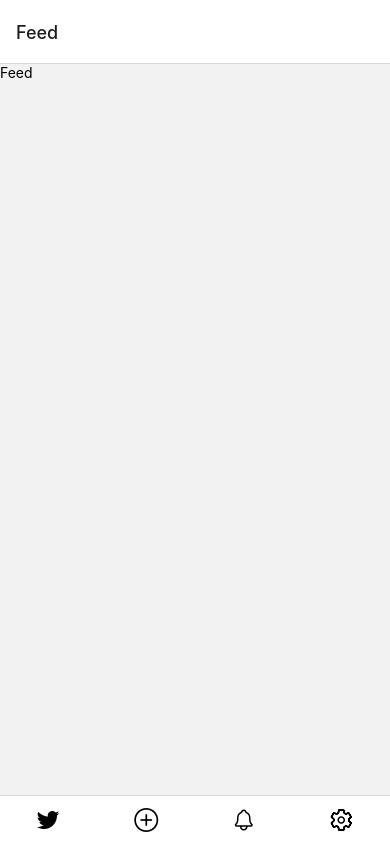
Repository: Deyvid-Kasteh/ReactNativeNavigationTraining
Screen: /
These files come from the project's save history. The screen is drawn as it stood at one moment and after the next save; the edit follows.
The app was drawn by React Native's web renderer in a window 390 px wide. The project was rebuilt for these pictures with package versions that can differ from the ones it lists, and the page was loaded fresh each time. Also part of the build but not shown: screens/Notifications.js, screens/AddTweet.js, screens/Settings.js.

Above is the screen before, as saved 2023-08-02 03:50:14.

After the next save:
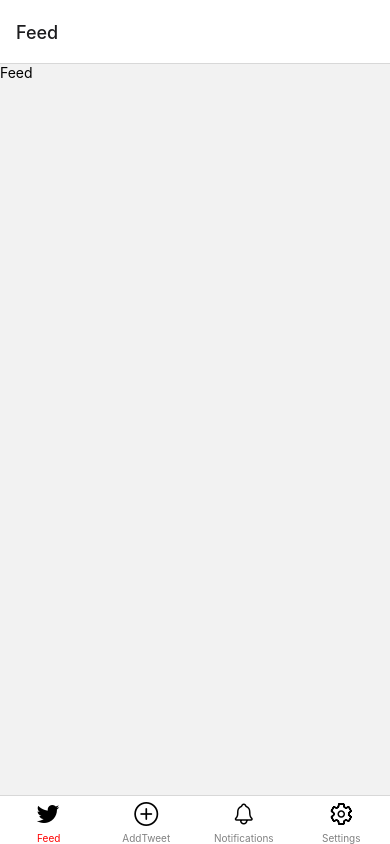
Saved 80 s later.
--- a/NavigationMain.js
+++ b/NavigationMain.js
@@ -16,7 +16,7 @@
       screenOptions={() => ({
         tabBarActiveTintColor: "red",
         tabBarInactiveTintColor: "gray",
-        tabBarShowLabel: false,
+        tabBarShowLabel: true,
       })}
     >
       <Tab.Screen
